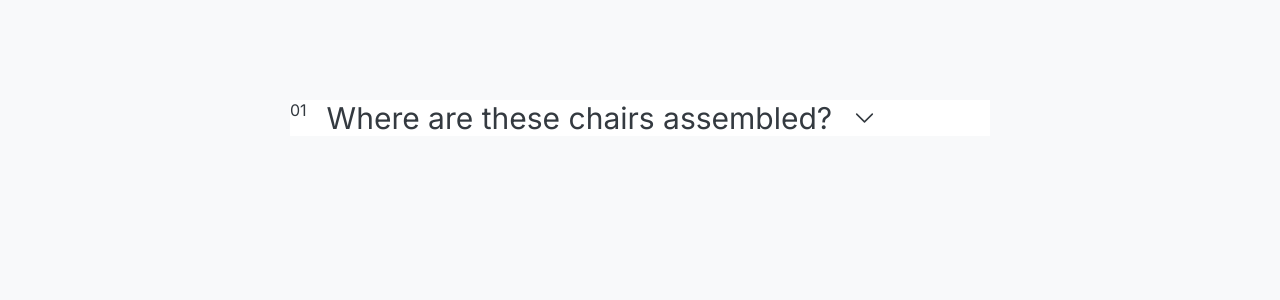
Repository: Ahmed123rezk123/06-Components
Page: accordion.html
The author's editor kept a copy of each file at every save. The page is drawn from the files as they stood at one save, then again after the next save.
The browser window is 1280 px wide. The pictures show the whole page.

Above is the page before, as saved 2024-09-16 02:41:14.

After the next save:
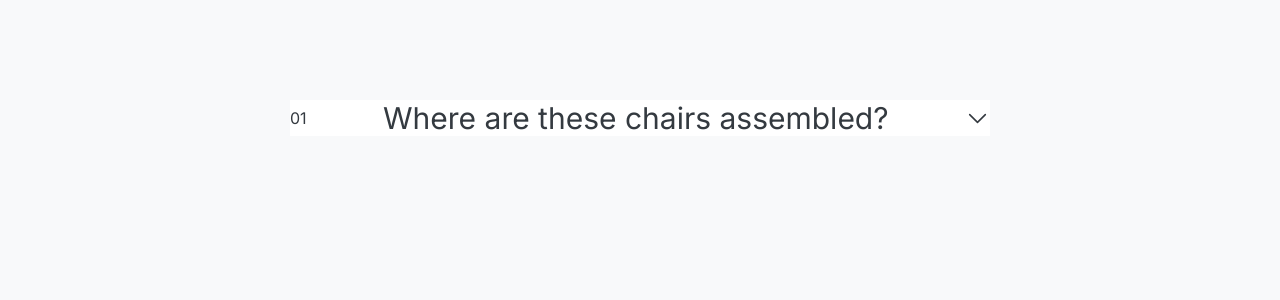
Saved 29 s later.
--- a/accordion.css
+++ b/accordion.css
@@ -18,7 +18,8 @@ body {
 .item {
   display: flex;
   background-color: #fff;
-  gap: 20px;
+  justify-content: space-between;
+  align-items: center;
 }
 
 .text {
